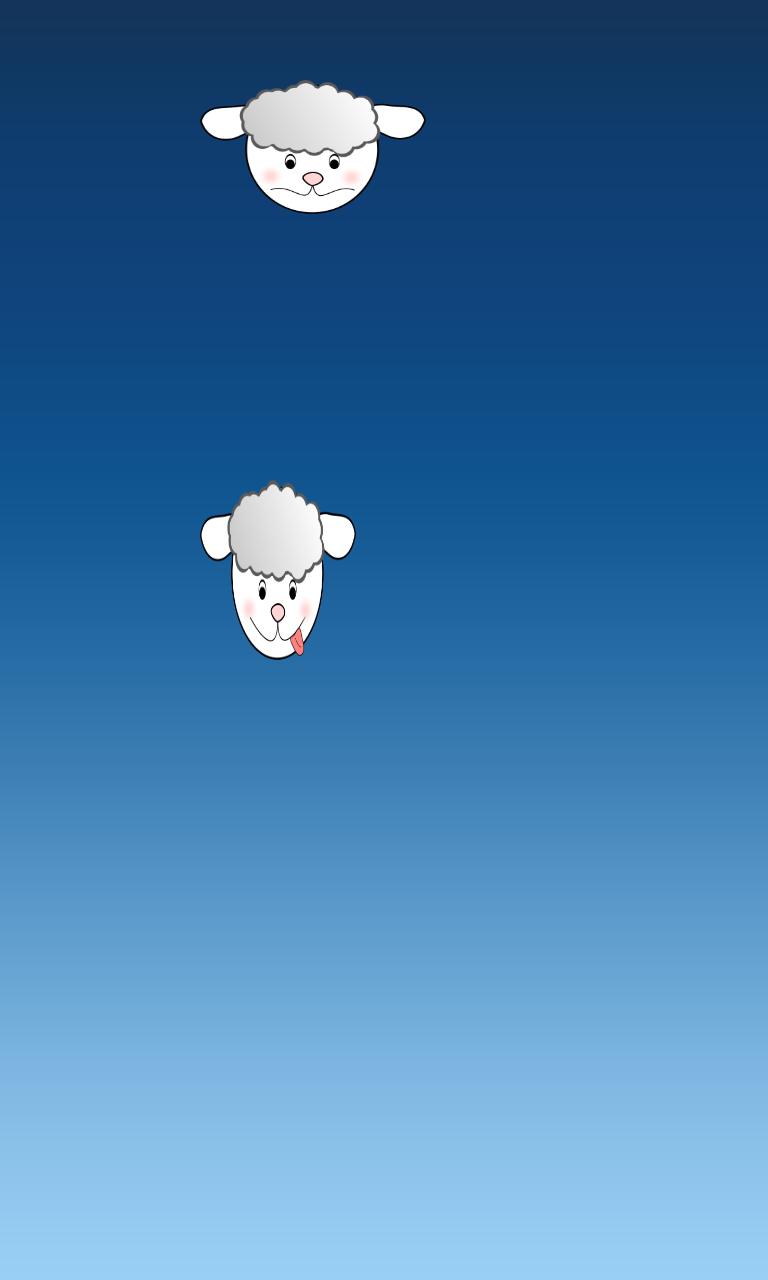
Repository: exilonX/CodeWarsFelula
Layout: Baa/res/layout/end_game.xml
These files come from the project's save history. The layout is drawn as it stood at one moment and after the next save; the edit follows.
It is drawn on a 768 x 1280 px phone screen (xhdpi) without system bars, with theme AppTheme; the app's code is not run.

Above is the layout before, as saved 2014-02-22 17:42:41.

### Baa/res/layout/end_game.xml
<?xml version="1.0" encoding="utf-8"?>
<FrameLayout xmlns:android="http://schemas.android.com/apk/res/android"
    android:layout_width="fill_parent"
    android:layout_height="fill_parent"
    android:background="@drawable/background"
    android:orientation="vertical" >

    <Button
        android:id="@+id/player1"
        android:layout_width="113dp"
        android:layout_height="67dp"
        android:layout_marginBottom="90dp"
        android:layout_marginLeft="100dp"
        android:layout_marginRight="40dp"
        android:background="@drawable/sad"
        android:layout_marginTop="40dp"
        />

    <Button
        android:id="@+id/player2"
        android:layout_width="78dp"
        android:layout_height="90dp"
        android:layout_marginBottom="0dp"
        android:layout_marginLeft="100dp"
        android:layout_marginRight="40dp"
        android:layout_marginTop="240dp"
        android:background="@drawable/happy" />

</FrameLayout>

Loaded but not shown: Baa/res/values/styles.xml (common file); Baa/res/values-v11/styles.xml (common file); Baa/res/values-v14/styles.xml (common file)

After the next save:
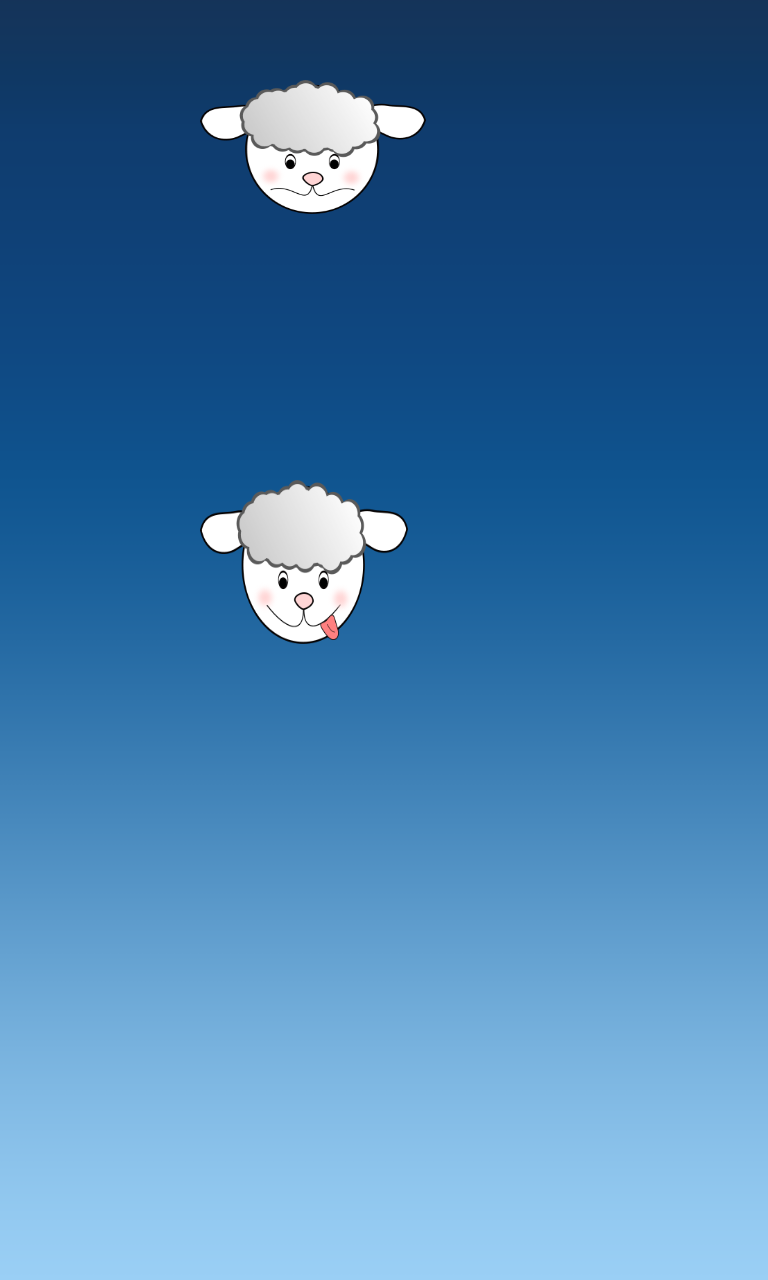
Saved 14 s later.
--- a/Baa/res/layout/end_game.xml
+++ b/Baa/res/layout/end_game.xml
@@ -18,8 +18,8 @@
 
     <Button
         android:id="@+id/player2"
-        android:layout_width="78dp"
-        android:layout_height="90dp"
+        android:layout_width="104dp"
+        android:layout_height="82dp"
         android:layout_marginBottom="0dp"
         android:layout_marginLeft="100dp"
         android:layout_marginRight="40dp"
